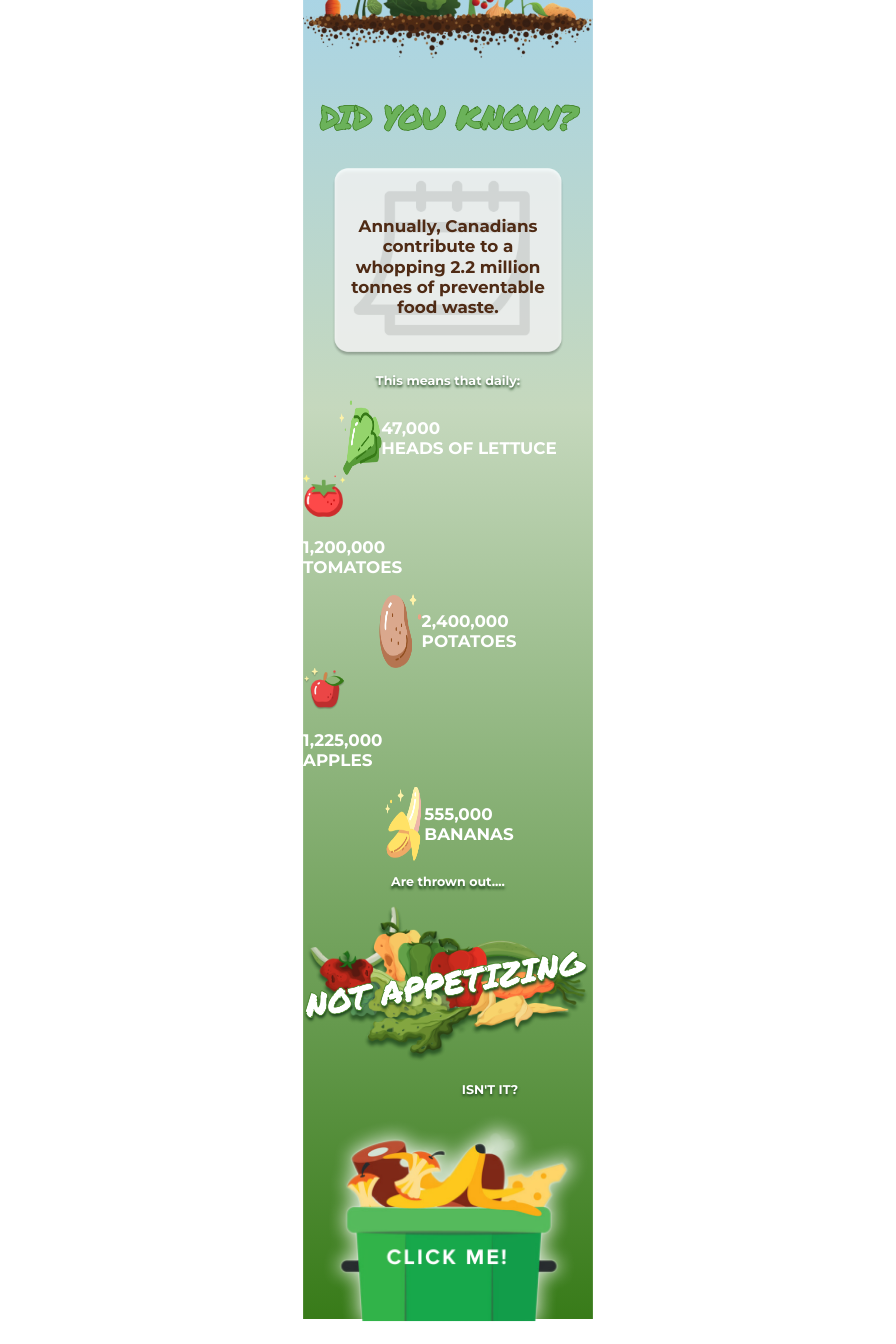
Repository: zoelake/DCDmidterm
Page: page1/index.html
An editor plug-in stored every save of this project. The page is shown before and after the next save, followed by the edit.
The browser window is 1280 px wide. The pictures show the part of the page from y = 715 to 2635 px (the page is 2635 px tall), at 70% of full size.

Above is the page before, as saved 2021-03-05 20:16:52.

After the next save:
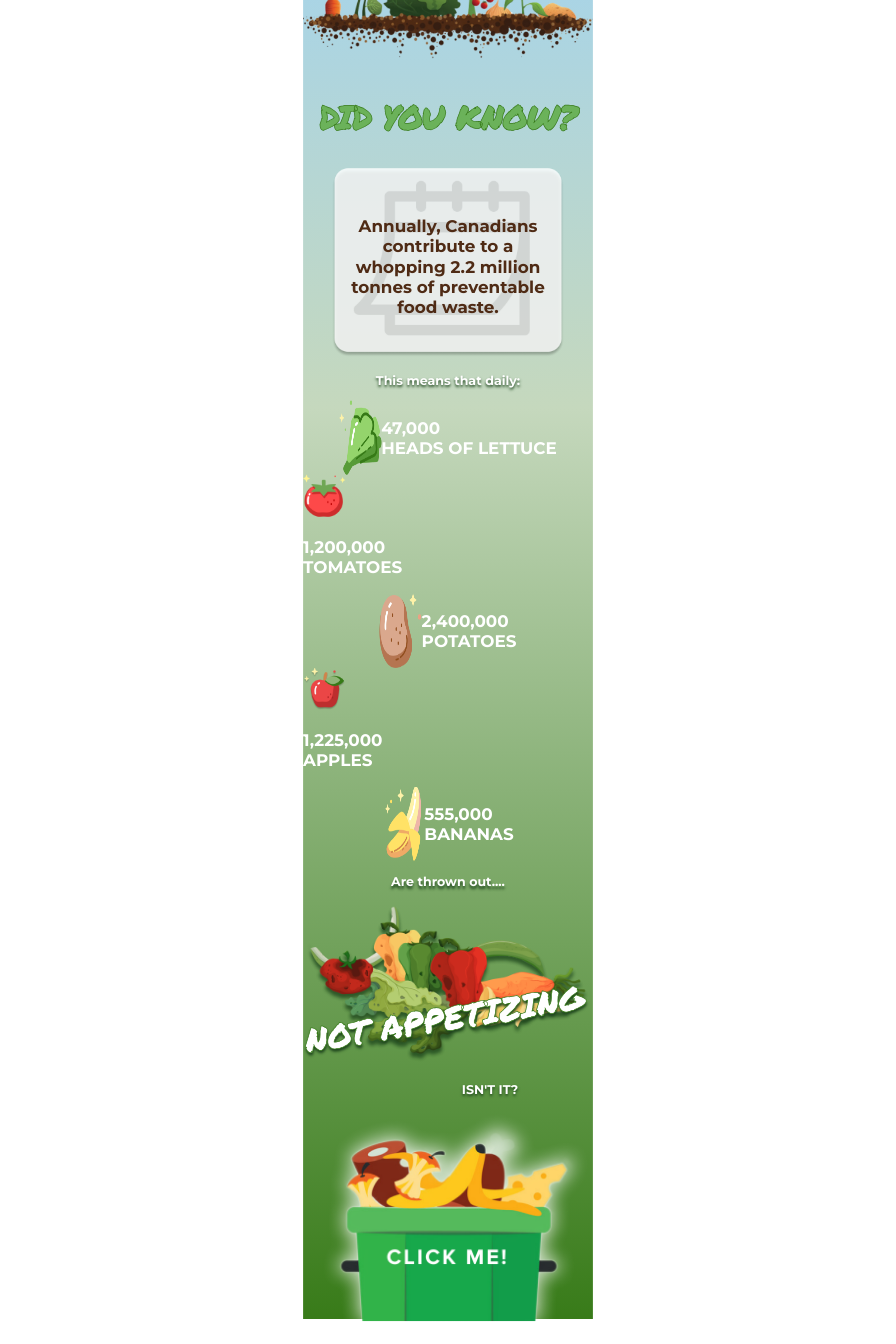
Saved 5 s later.
--- a/page1/style.css
+++ b/page1/style.css
@@ -37,7 +37,7 @@ h2{
     color: white;
     text-shadow: 0px 4px 4px #1F471E;
     position: absolute;
-    top: 2050px;
+    top: 2100px;
     transform: rotate(-9deg);
 }
 
